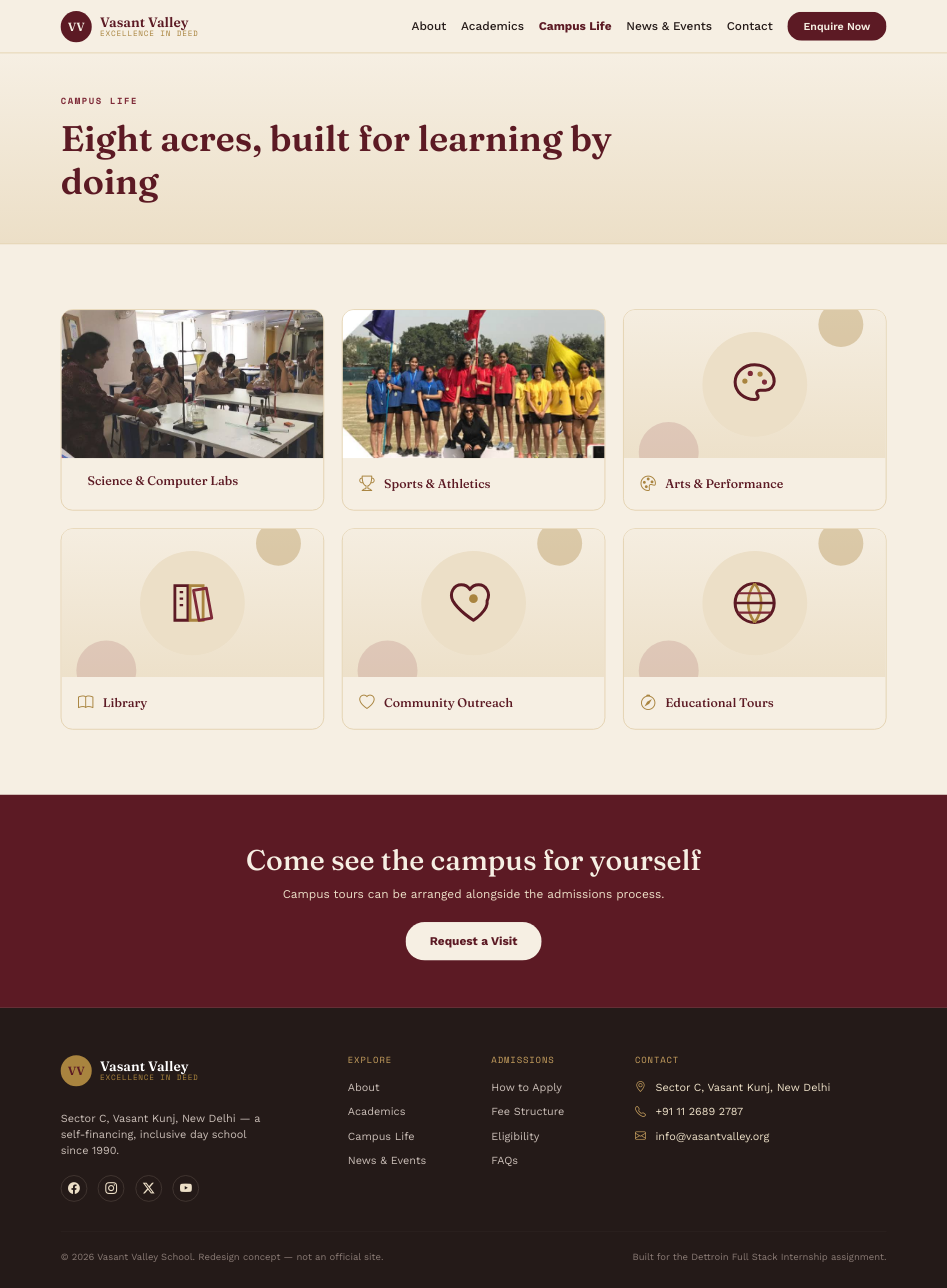
Repository: SanjanaTiwari06/DETTROIN-INT---SchoolWebsite
Page: /campus-life
The author's editor kept a copy of each file at every save. The page is drawn from the files as they stood at one save, then again after the next save.
The browser window is 1280 px wide. The pictures show the whole page, at 74% of full size.
The project was rebuilt for these pictures with package versions that can differ from the ones it lists, and the page was loaded fresh each time. Also part of the build but not shown: vite.config.js, src/pages/Home.jsx, src/pages/About.jsx, src/pages/Academics.jsx, src/pages/News.jsx, src/pages/Contact.jsx, src/pages/NotFound.jsx.

Above is the page before, as saved 2026-07-27 14:02:32.

### index.html
<!doctype html>
<html lang="en">
  <head>
    <meta charset="UTF-8" />
    <link rel="icon" type="image/svg+xml" href="/favicon.svg" />
    <meta name="viewport" content="width=device-width, initial-scale=1.0" />
    <title>Vasant Valley School | Excellence in Deed</title>
    <meta name="description" content="Vasant Valley School, Vasant Kunj, New Delhi — a co-educational day school offering CBSE and IGCSE, built on academic excellence and holistic growth since 1990." />
    <link rel="preconnect" href="https://fonts.googleapis.com">
    <link href="https://fonts.googleapis.com/css2?family=Fraunces:opsz,wght@9..144,400;9..144,500;9..144,600;9..144,700&family=Work+Sans:wght@400;500;600;700&family=Space+Mono:wght@400;700&display=swap" rel="stylesheet">
  </head>
  <body>
    <div id="root"></div>
    <script type="module" src="/src/main.jsx"></script>
  </body>
</html>

### src/main.jsx
import { StrictMode } from "react";
import { createRoot } from "react-dom/client";
import { BrowserRouter } from "react-router-dom";

import "bootstrap/dist/css/bootstrap.min.css";
import "bootstrap-icons/font/bootstrap-icons.css";
import "./index.css";

import App from "./App.jsx";

createRoot(document.getElementById("root")).render(
  <StrictMode>
    <BrowserRouter>
      <App />
    </BrowserRouter>
  </StrictMode>
);

### src/App.jsx
import { Routes, Route } from "react-router-dom";

import SiteNavbar from "./components/SiteNavbar.jsx";
import SiteFooter from "./components/SiteFooter.jsx";
import ScrollToTop from "./components/ScrollToTop.jsx";

import Home from "./pages/Home.jsx";
import About from "./pages/About.jsx";
import Academics from "./pages/Academics.jsx";
import CampusLife from "./pages/CampusLife.jsx";
import News from "./pages/News.jsx";
import Contact from "./pages/Contact.jsx";
import NotFound from "./pages/NotFound.jsx";

function App() {
  return (
    <div className="vvs-app">
      <ScrollToTop />
      <SiteNavbar />
      <main>
        <Routes>
          <Route path="/" element={<Home />} />
          <Route path="/about" element={<About />} />
          <Route path="/academics" element={<Academics />} />
          <Route path="/campus-life" element={<CampusLife />} />
          <Route path="/news" element={<News />} />
          <Route path="/contact" element={<Contact />} />
          <Route path="*" element={<NotFound />} />
        </Routes>
      </main>
      <SiteFooter />
    </div>
  );
}

export default App;

### src/components/SiteNavbar.jsx
import { useEffect, useState } from "react";
import { NavLink } from "react-router-dom";

const links = [
  { to: "/about", label: "About" },
  { to: "/academics", label: "Academics" },
  { to: "/campus-life", label: "Campus Life" },
  { to: "/news", label: "News & Events" },
  { to: "/contact", label: "Contact" },
];

export default function SiteNavbar() {
  const [scrolled, setScrolled] = useState(false);
  const [open, setOpen] = useState(false);

  useEffect(() => {
    const onScroll = () => setScrolled(window.scrollY > 12);
    onScroll();
    window.addEventListener("scroll", onScroll, { passive: true });
    return () => window.removeEventListener("scroll", onScroll);
  }, []);

  return (
    <nav className={`navbar navbar-expand-lg vvs-navbar sticky-top ${scrolled ? "shadow-active" : ""}`}>
      <div className="container">
        <NavLink className="navbar-brand vvs-brand" to="/" onClick={() => setOpen(false)}>
          <span className="vvs-brand-mark">VV</span>
          <span className="vvs-brand-text">
            <span className="vvs-brand-name">Vasant Valley</span>
            <span className="vvs-brand-tag">Excellence in Deed</span>
          </span>
        </NavLink>

        <button
          className="navbar-toggler"
          type="button"
          aria-label="Toggle navigation"
          onClick={() => setOpen((v) => !v)}
        >
          <span className="navbar-toggler-icon"></span>
        </button>

        <div className={`collapse navbar-collapse justify-content-end ${open ? "show" : ""}`}>
          <ul className="navbar-nav align-items-lg-center gap-lg-1">
            {links.map((link) => (
              <li className="nav-item" key={link.to}>
                <NavLink
                  className={({ isActive }) => `nav-link${isActive ? " active" : ""}`}
                  to={link.to}
                  onClick={() => setOpen(false)}
                >
                  {link.label}
                </NavLink>
              </li>
            ))}
            <li className="nav-item ms-lg-2">
              <NavLink className="btn vvs-btn-enquire" to="/contact" onClick={() => setOpen(false)}>
                Enquire Now
              </NavLink>
            </li>
          </ul>
        </div>
      </div>
    </nav>
  );
}

### src/components/SiteFooter.jsx
import { Link } from "react-router-dom";

export default function SiteFooter() {
  return (
    <footer className="vvs-footer">
      <div className="container">
        <div className="row g-5">
          <div className="col-lg-4">
            <Link className="vvs-brand mb-3 d-inline-flex" to="/">
              <span className="vvs-brand-mark vvs-brand-mark-light">VV</span>
              <span className="vvs-brand-text">
                <span className="vvs-brand-name text-white">Vasant Valley</span>
                <span className="vvs-brand-tag">Excellence in Deed</span>
              </span>
            </Link>
            <p className="vvs-footer-text">
              Sector C, Vasant Kunj, New Delhi &mdash; a self-financing, inclusive day
              school since 1990.
            </p>
            <div className="vvs-social">
              <a href="#" aria-label="Facebook"><i className="bi bi-facebook"></i></a>
              <a href="#" aria-label="Instagram"><i className="bi bi-instagram"></i></a>
              <a href="#" aria-label="X"><i className="bi bi-twitter-x"></i></a>
              <a href="#" aria-label="YouTube"><i className="bi bi-youtube"></i></a>
            </div>
          </div>

          <div className="col-lg-2 col-6">
            <h4 className="vvs-footer-heading">Explore</h4>
            <ul className="vvs-footer-links">
              <li><Link to="/about">About</Link></li>
              <li><Link to="/academics">Academics</Link></li>
              <li><Link to="/campus-life">Campus Life</Link></li>
              <li><Link to="/news">News &amp; Events</Link></li>
            </ul>
          </div>

          <div className="col-lg-2 col-6">
            <h4 className="vvs-footer-heading">Admissions</h4>
            <ul className="vvs-footer-links">
              <li><Link to="/contact">How to Apply</Link></li>
              <li><Link to="/contact">Fee Structure</Link></li>
              <li><Link to="/contact">Eligibility</Link></li>
              <li><Link to="/contact">FAQs</Link></li>
            </ul>
          </div>

          <div className="col-lg-4">
            <h4 className="vvs-footer-heading">Contact</h4>
            <ul className="vvs-footer-contact">
              <li><i className="bi bi-geo-alt"></i> Sector C, Vasant Kunj, New Delhi</li>
              <li><i className="bi bi-telephone"></i> +91 11 2689 2787</li>
              <li><i className="bi bi-envelope"></i> info@vasantvalley.org</li>
            </ul>
          </div>
        </div>

        <hr className="vvs-footer-rule" />
        <div className="d-flex flex-column flex-md-row justify-content-between align-items-center gap-2">
          <span className="vvs-footer-copy">
            &copy; 2026 Vasant Valley School. Redesign concept &mdash; not an official site.
          </span>
          <span className="vvs-footer-copy">
            Built for the Dettroin Full Stack Internship assignment.
          </span>
        </div>
      </div>
    </footer>
  );
}

### src/components/ScrollToTop.jsx
import { useEffect } from "react";
import { useLocation } from "react-router-dom";

// Every route in this app is a distinct page, so we scroll to top
// on each navigation instead of relying on in-page anchor scrolling.
export default function ScrollToTop() {
  const { pathname } = useLocation();

  useEffect(() => {
    window.scrollTo(0, 0);
  }, [pathname]);

  return null;
}

### src/pages/CampusLife.jsx
import { Link } from "react-router-dom";

const facilities = [
  { icon: "bi-flask", title: "Science & Computer Labs", image: "/public/images/Science Lab.jpg" },
  { icon: "bi-trophy", title: "Sports & Athletics", image: "/public/images/Soprts.jpg" },
  { icon: "bi-palette", title: "Arts & Performance", image: "/images/facility-arts.svg" },
  { icon: "bi-book", title: "Library", image: "/images/facility-library.svg" },
  { icon: "bi-heart", title: "Community Outreach", image: "/images/facility-outreach.svg" },
  { icon: "bi-compass", title: "Educational Tours", image: "/images/facility-tours.svg" },
];

export default function CampusLife() {
  return (
    <>
      <section className="vvs-page-header">
        <div className="container">
          <p className="vvs-eyebrow">Campus Life</p>
          <h1 className="vvs-h1">Eight acres, built for learning by doing</h1>
        </div>
      </section>

      <section className="vvs-section">
        <div className="container">
          <div className="row g-4">
            {facilities.map((f) => (
              <div className="col-md-6 col-lg-4" key={f.title}>
                <div className="vvs-facility">
                  <img src={f.image} alt={f.title} loading="lazy" />
                  <div className="vvs-facility-body">
                    <i className={`bi ${f.icon}`}></i>
                    <h3>{f.title}</h3>
                  </div>
                </div>
              </div>
            ))}
          </div>
        </div>
      </section>

      <section className="vvs-cta">
        <div className="container text-center">
          <h2 className="vvs-cta-title">Come see the campus for yourself</h2>
          <p className="vvs-cta-sub">Campus tours can be arranged alongside the admissions process.</p>
          <Link to="/contact" className="btn vvs-btn-light">Request a Visit</Link>
        </div>
      </section>
    </>
  );
}

Loaded but not shown: src/index.css (421 lines, source omitted)

After the next save:
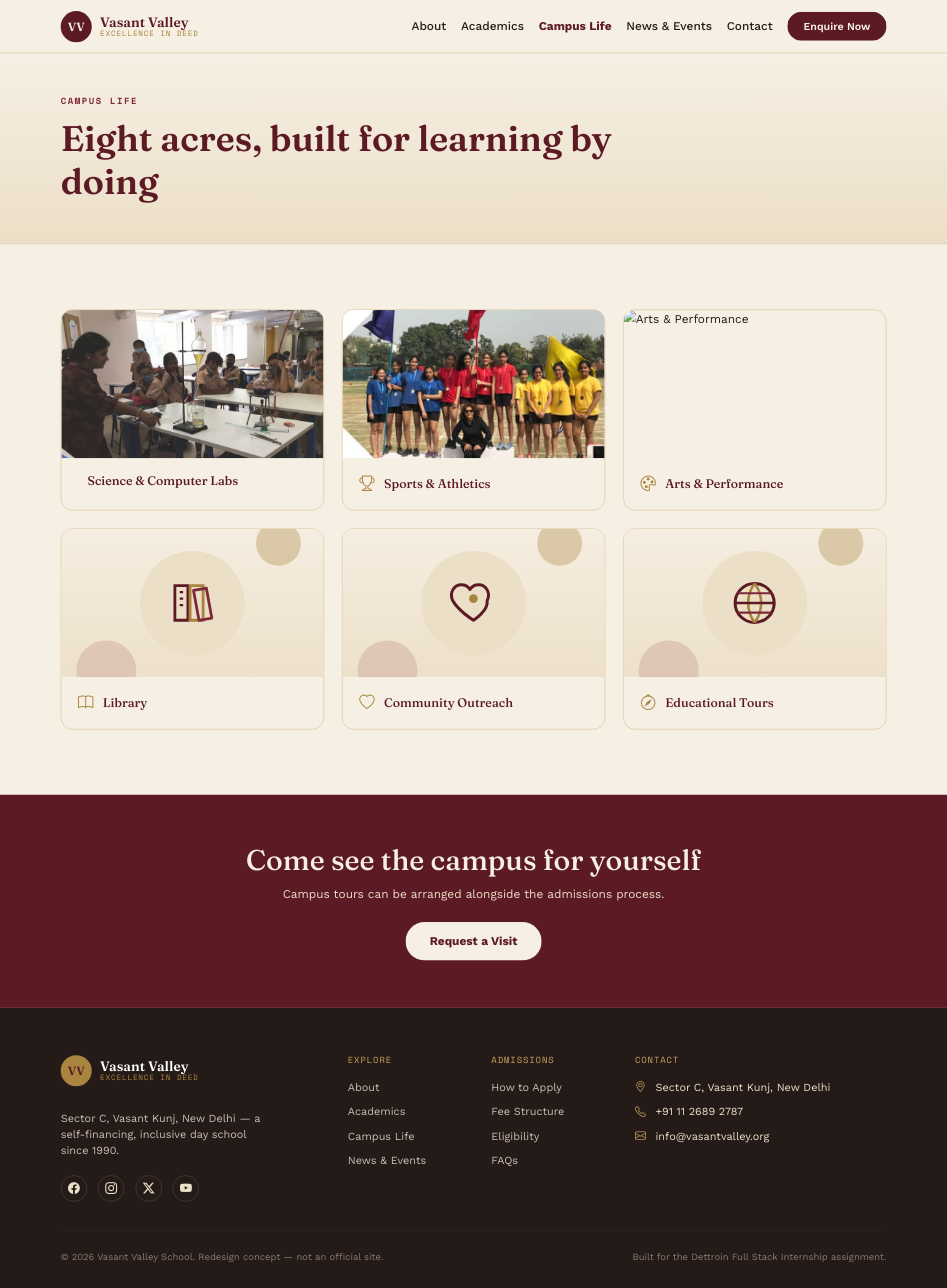
Saved 39 s later.
--- a/src/pages/CampusLife.jsx
+++ b/src/pages/CampusLife.jsx
@@ -3,7 +3,7 @@
 const facilities = [
   { icon: "bi-flask", title: "Science & Computer Labs", image: "/public/images/Science Lab.jpg" },
   { icon: "bi-trophy", title: "Sports & Athletics", image: "/public/images/Soprts.jpg" },
-  { icon: "bi-palette", title: "Arts & Performance", image: "/images/facility-arts.svg" },
+  { icon: "bi-palette", title: "Arts & Performance", image: "/" },
   { icon: "bi-book", title: "Library", image: "/images/facility-library.svg" },
   { icon: "bi-heart", title: "Community Outreach", image: "/images/facility-outreach.svg" },
   { icon: "bi-compass", title: "Educational Tours", image: "/images/facility-tours.svg" },
